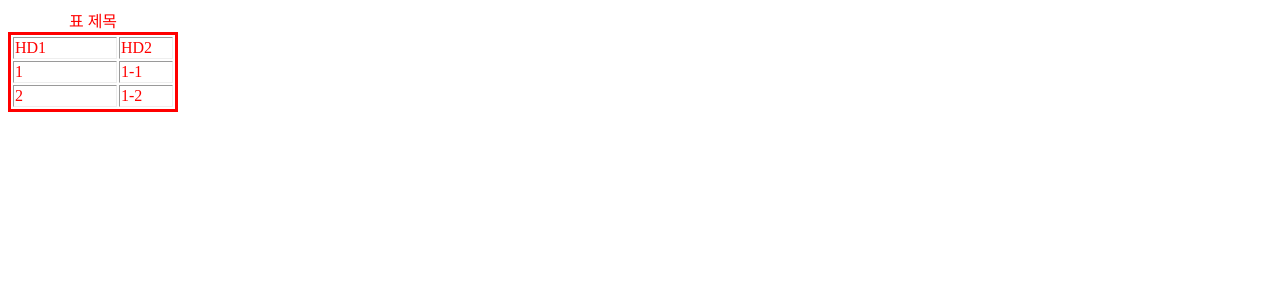
Repository: o-ddong/JSP
Page: ch1_html/WebContent/hello.html
An editor plug-in stored every save of this project. The page is shown before and after the next save, followed by the edit.
The browser window is 1280 px wide. The pictures show the whole page.

Above is the page before, as saved 2021-03-03 05:22:01.

### ch1_html/WebContent/hello.html
<!DOCTYPE html>
<html>
<head>
<meta charset="EUC-KR">
<title>Insert title here</title>
<style type = "text/css">
	.style0{border:solid; color:red;}
	.style1{font-family:궁서체 ; color:red; font-size:25px; width:100px}
	.style2{font-family:italic; color:blur; font-size:18px; width:50px}
	.style3{background-color:yellow;}
</style>
</head>
<body>

<table border = "1"; class = "style0">
<caption> 표 제목</caption>
<tr width=150px><td width=100px> HD1 </td> <td width=50px> HD2 </td> </tr>
<tr width=1px><td width=1px> 1 </td> <td> 1-1 </td> </tr>
<tr><td> 2 </td> <td> 1-2 </td> </tr>
</table>

</body>
</html>

After the next save:
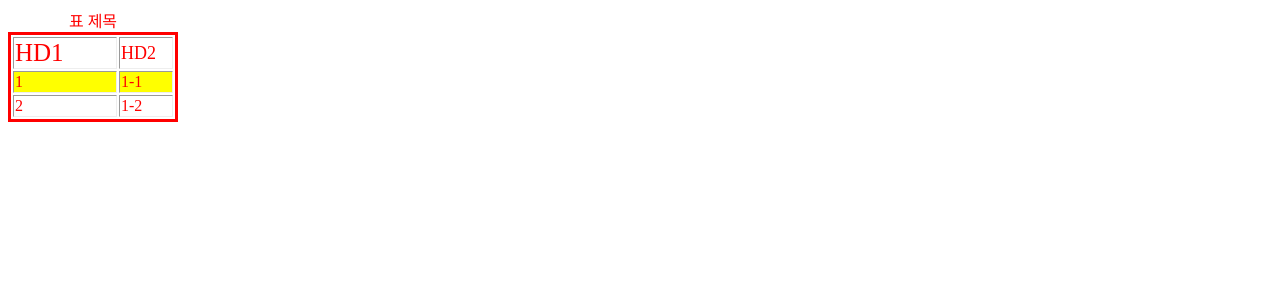
Saved 50 s later.
--- a/ch1_html/WebContent/hello.html
+++ b/ch1_html/WebContent/hello.html
@@ -14,8 +14,8 @@
 
 <table border = "1"; class = "style0">
 <caption> 표 제목</caption>
-<tr width=150px><td width=100px> HD1 </td> <td width=50px> HD2 </td> </tr>
-<tr width=1px><td width=1px> 1 </td> <td> 1-1 </td> </tr>
+<tr class="style1"><td width=100px> HD1 </td> <td class="style2"> HD2 </td> </tr>
+<tr class="style3"><td width=1px> 1 </td> <td> 1-1 </td> </tr>
 <tr><td> 2 </td> <td> 1-2 </td> </tr>
 </table>
 
